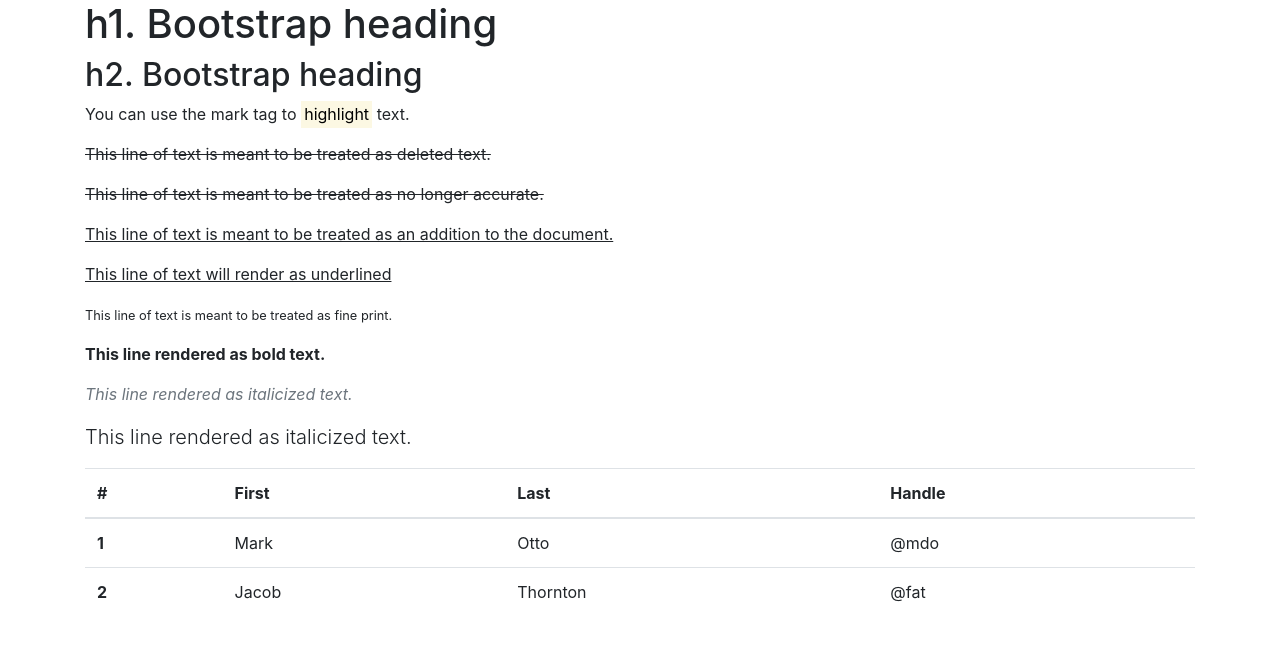
Repository: woodyalan/bootstrap-4
Page: conteudo.html
An editor plug-in stored every save of this project. The page is shown before and after the next save, followed by the edit.
The browser window is 1280 px wide. The pictures show the whole page.

Above is the page before, as saved 2020-09-08 22:37:48.

After the next save:
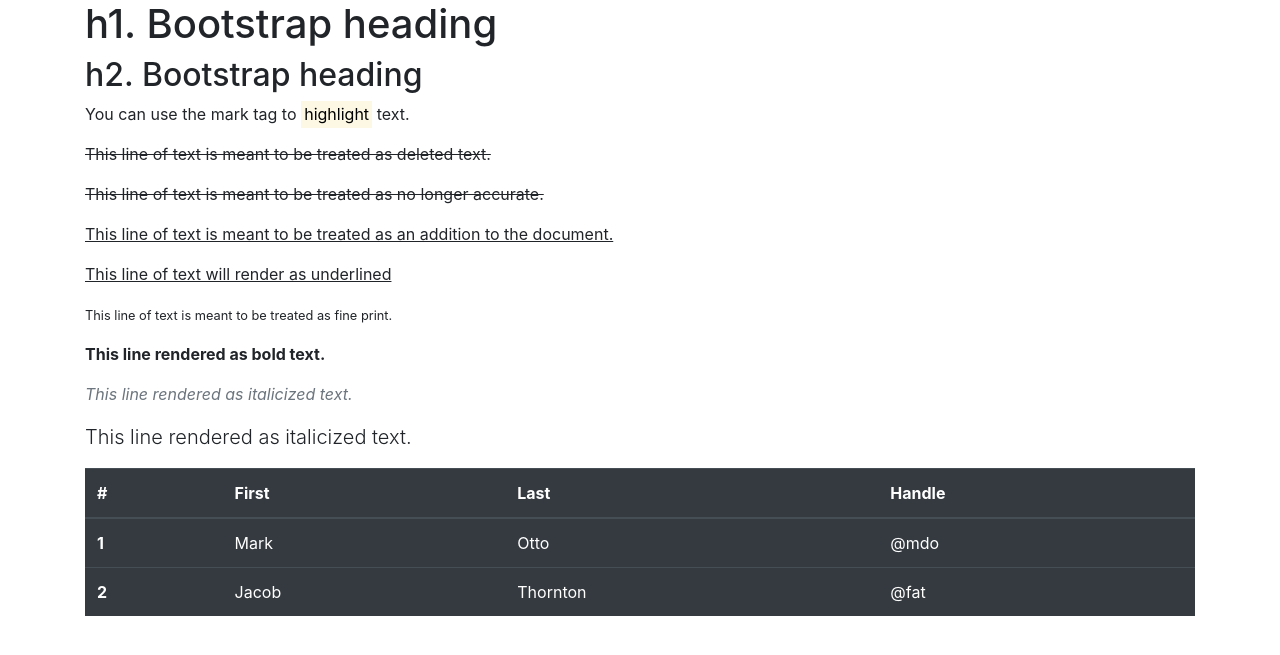
Saved 10 s later.
--- a/conteudo.html
+++ b/conteudo.html
@@ -25,7 +25,7 @@
 
       <p class="lead">This line rendered as italicized text.</p>
 
-      <table class="table table-hover">
+      <table class="table table-dark">
         <thead>
           <tr>
             <th scope="col">#</th>
